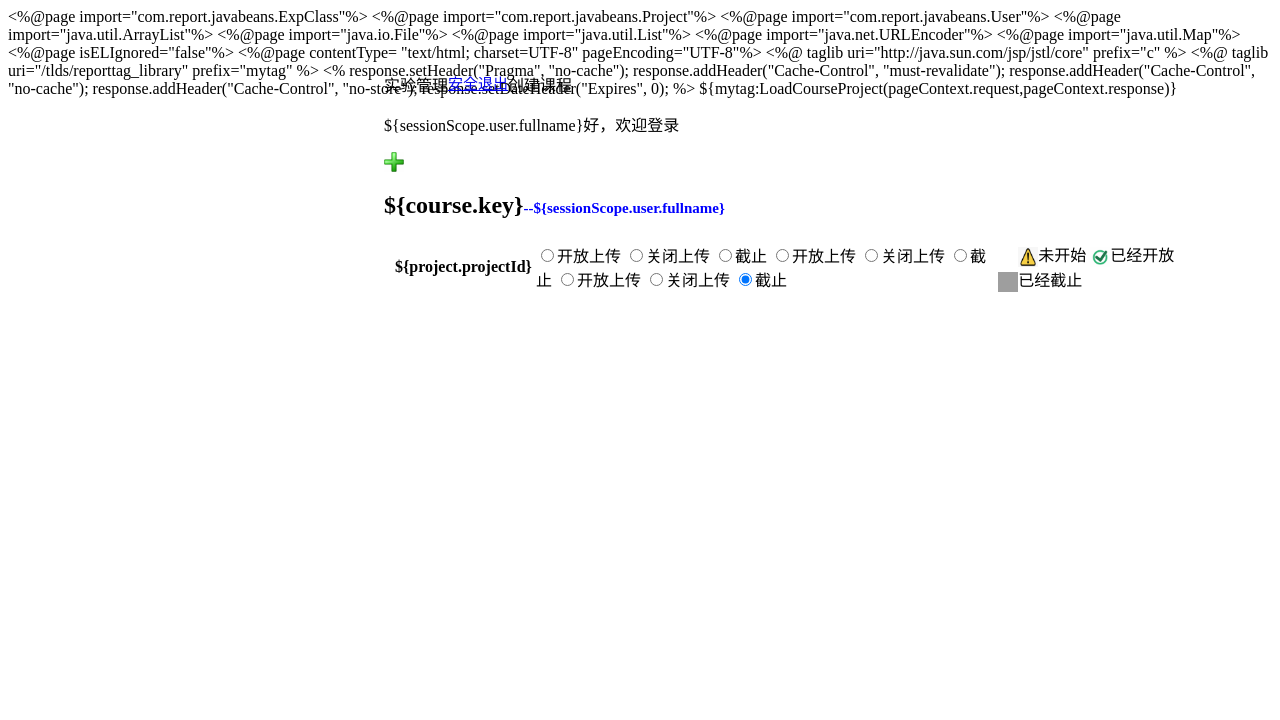
Repository: IAmJiangWenHao/ReportServer
Page: web/demo.html
These files come from the project's save history. The page is drawn as it stood at one moment and after the next save; the edit follows.
The browser window is 1280 px wide. The pictures show the whole page.
Pictures or frames that could not be fetched are drawn as grey boxes.

Above is the page before, as saved 2023-05-19 17:51:28.
Console error: ReferenceError: requests is not defined

After the next save:
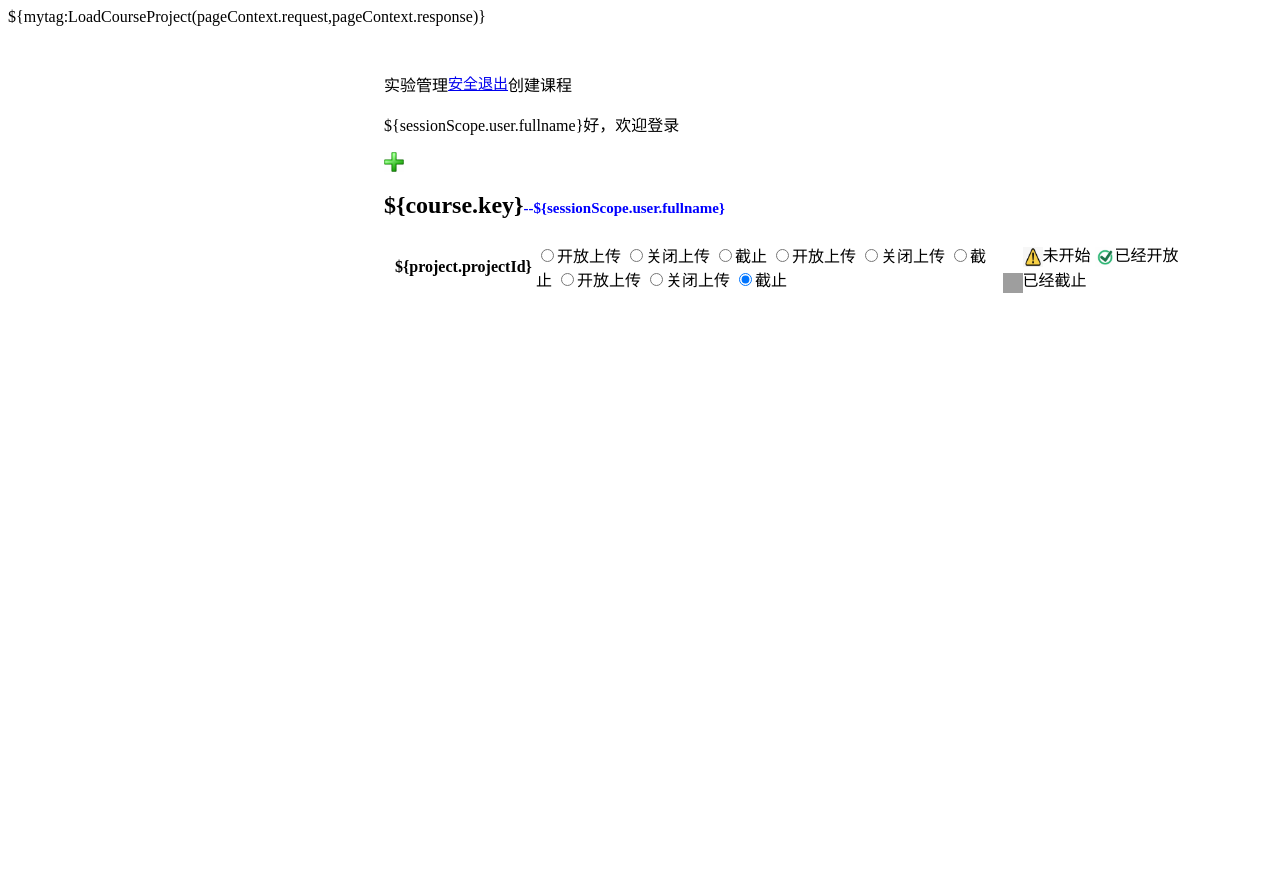
Saved 42 s later.
--- a/web/demo.html
+++ b/web/demo.html
@@ -1,4 +1,4 @@
-<%@page import="com.report.javabeans.ExpClass"%>
+<!-- <%@page import="com.report.javabeans.ExpClass"%>
 <%@page import="com.report.javabeans.Project"%>
 <%@page import="com.report.javabeans.User"%>
 <%@page import="java.util.ArrayList"%>
@@ -10,17 +10,17 @@
 <%@page contentType= "text/html; charset=UTF-8" pageEncoding="UTF-8"%>
 
 <%@ taglib uri="http://java.sun.com/jsp/jstl/core" prefix="c" %>
-<%@ taglib uri="/tlds/reporttag_library" prefix="mytag" %>
+<%@ taglib uri="/tlds/reporttag_library" prefix="mytag" %> -->
 <!--script type="text/javascript" src="${pageContext.request.contextPath}/script/scriptV1.js?v=1.0"></script-->
 <!DOCTYPE html>
 <html>
-  <%
+  <!-- <%
     response.setHeader("Pragma", "no-cache");
     response.addHeader("Cache-Control", "must-revalidate");
     response.addHeader("Cache-Control", "no-cache");
     response.addHeader("Cache-Control", "no-store");
     response.setDateHeader("Expires", 0);
-  %>
+  %> -->
   <head>
     <meta http-equiv="Content-Type" content="text/html; charset=UTF-8">
     <title>实验上传系统 </title>
